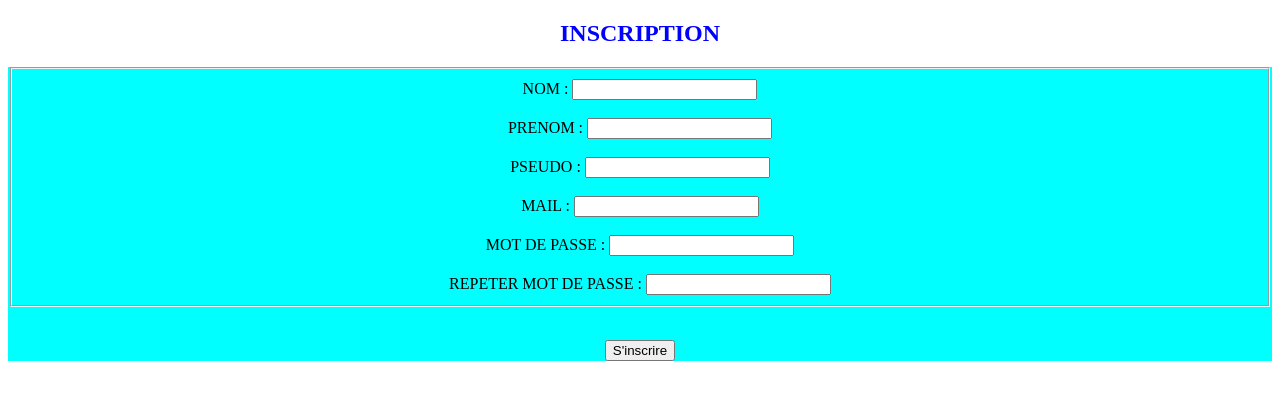
Repository: Aoua1414/JavaDeAoua
Page: http://localhost/MonServletJsp/Inscrire.jsp
An editor plug-in stored every save of this project. The page is shown before and after the next save, followed by the edit.
The browser window is 1280 px wide. The pictures show the whole page.
The page is served by Tomcat 9. Nobody is signed in. The application's start-up code is not run.

Above is the page before, as saved 2022-07-25 14:34:51.

After the next save:
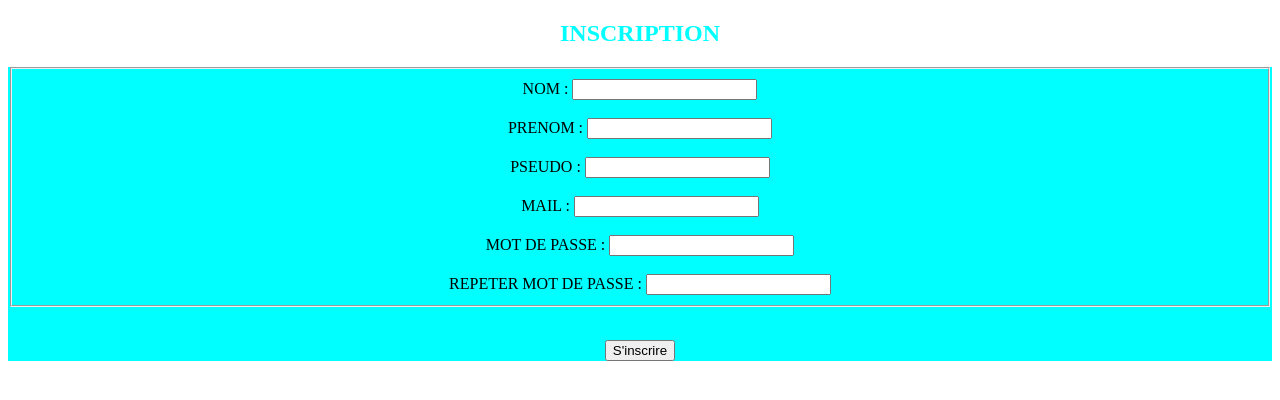
Saved 54 s later.
--- a/ODC/MonServletJsp/src/main/webapp/aoua.css
+++ b/ODC/MonServletJsp/src/main/webapp/aoua.css
@@ -1,6 +1,6 @@
 
 h2{
-	color:blue;
+	color:#00ffff;
 	text-align : center;
 
 }
